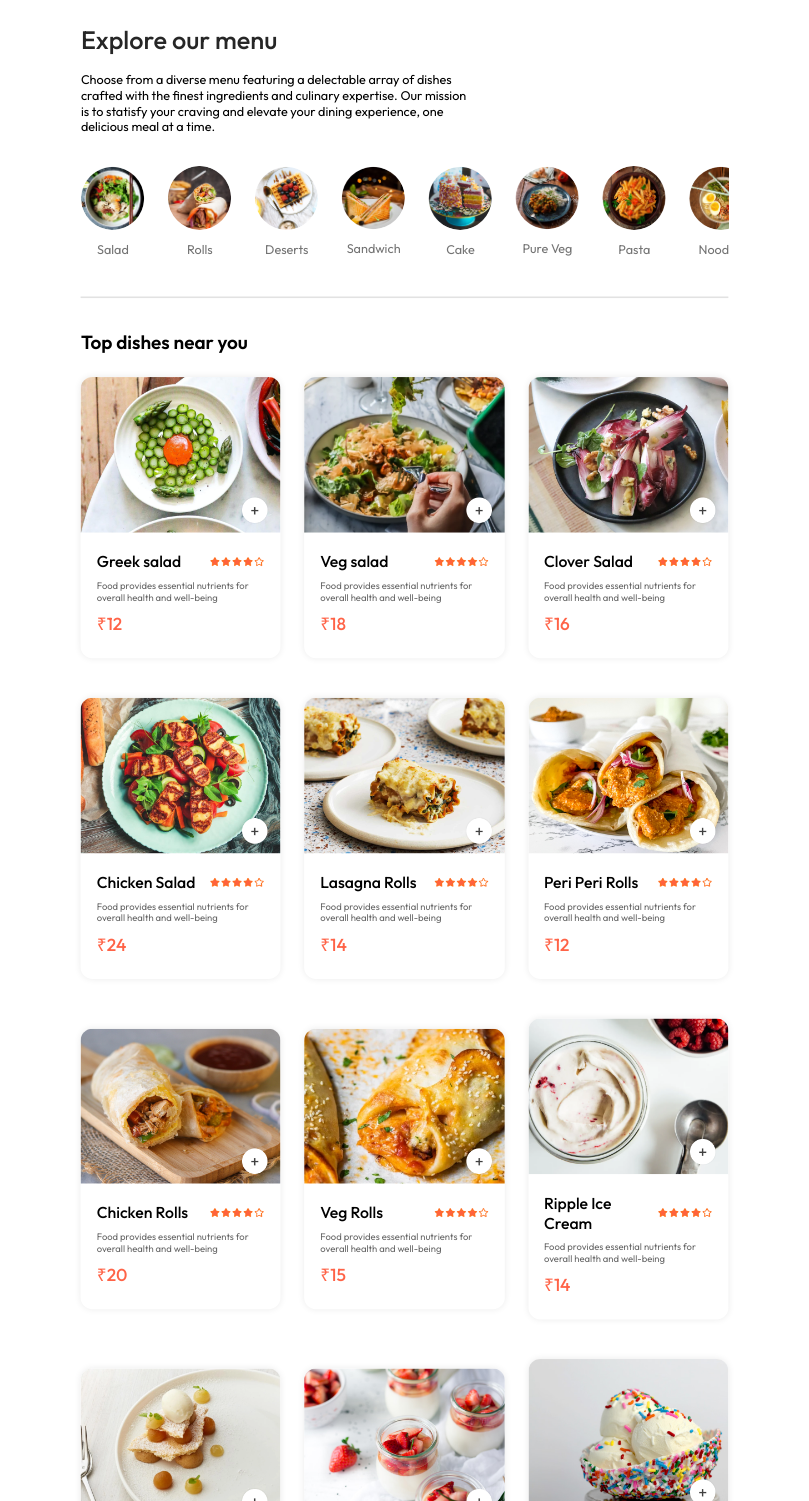
Repository: KartikChouhan03/food-delivery-app
Page: / (app in frontend/), after clicking the first element matching `button`
The author's editor kept a copy of each file at every save. The page is drawn from the files as they stood at one save, then again after the next save.
The browser window is 1024 px wide. The pictures show the part of the page from y = 456 to 2356 px (the page is 6303 px tall before and 6259 px after), at 79% of full size.
Some web fonts or font styles are not loaded; a fallback is used. The project was rebuilt for these pictures with package versions that can differ from the ones it lists, and the page was loaded fresh each time. Also part of the build but not shown: frontend/vite.config.js, frontend/src/pages/Cart/Cart.css, frontend/src/pages/Cart/Cart.jsx, frontend/src/pages/PlaceOrder/PlaceOrder.css, frontend/src/pages/PlaceOrder/PlaceOrder.jsx.

Above is the page before, as saved 2025-08-16 11:29:44.

After the next save:
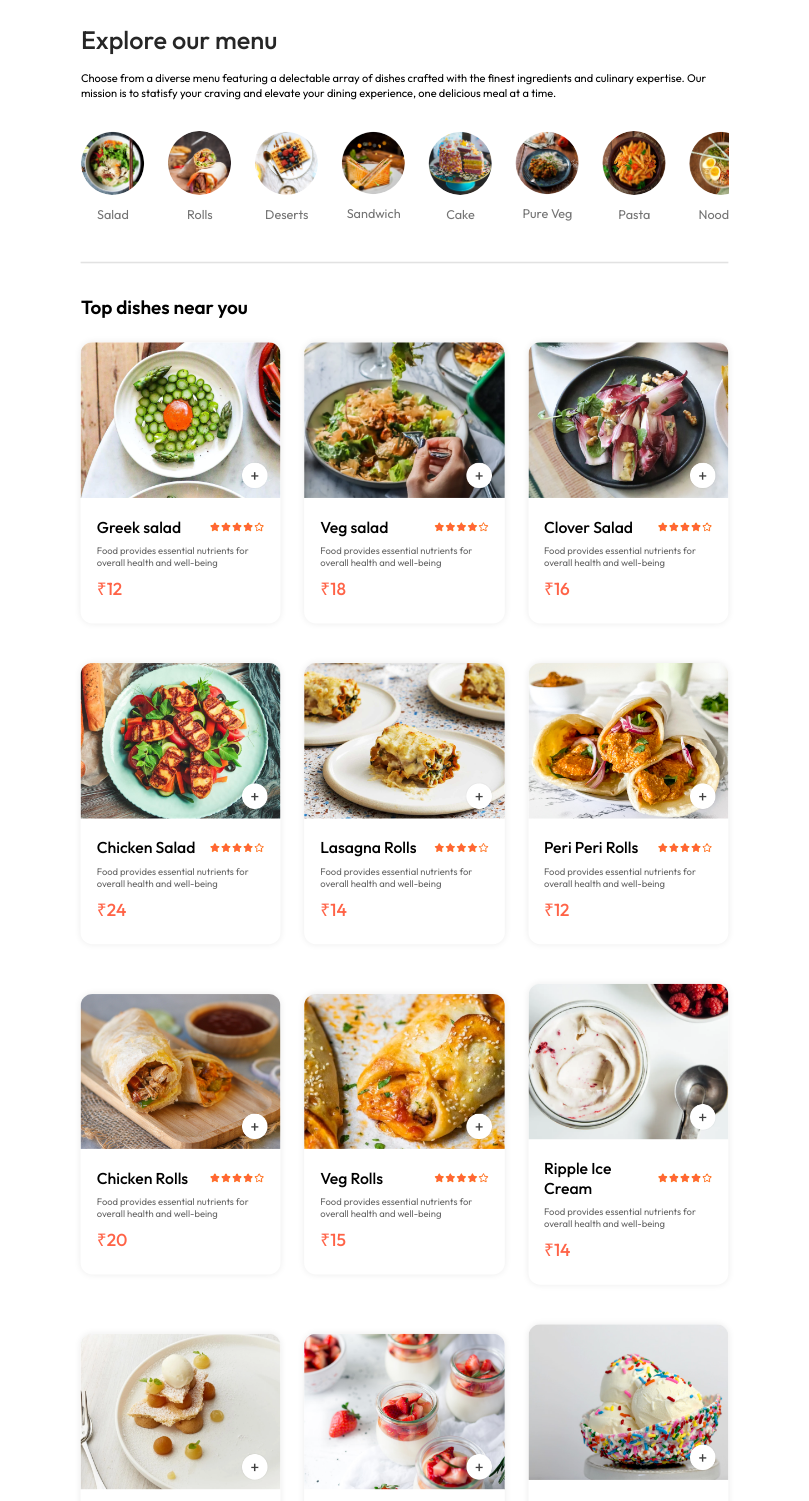
Saved 87 s later.
--- a/frontend/src/components/ExploreMenu/ExploreMenu.css
+++ b/frontend/src/components/ExploreMenu/ExploreMenu.css
@@ -54,3 +54,11 @@
     border: 4px solid tomato;
     padding: 32;
 }
+
+@media (max-width:1050px) {
+    .explore-menu-text{
+        max-width: 100%;
+        font-size: 14px;
+    }
+
+}
